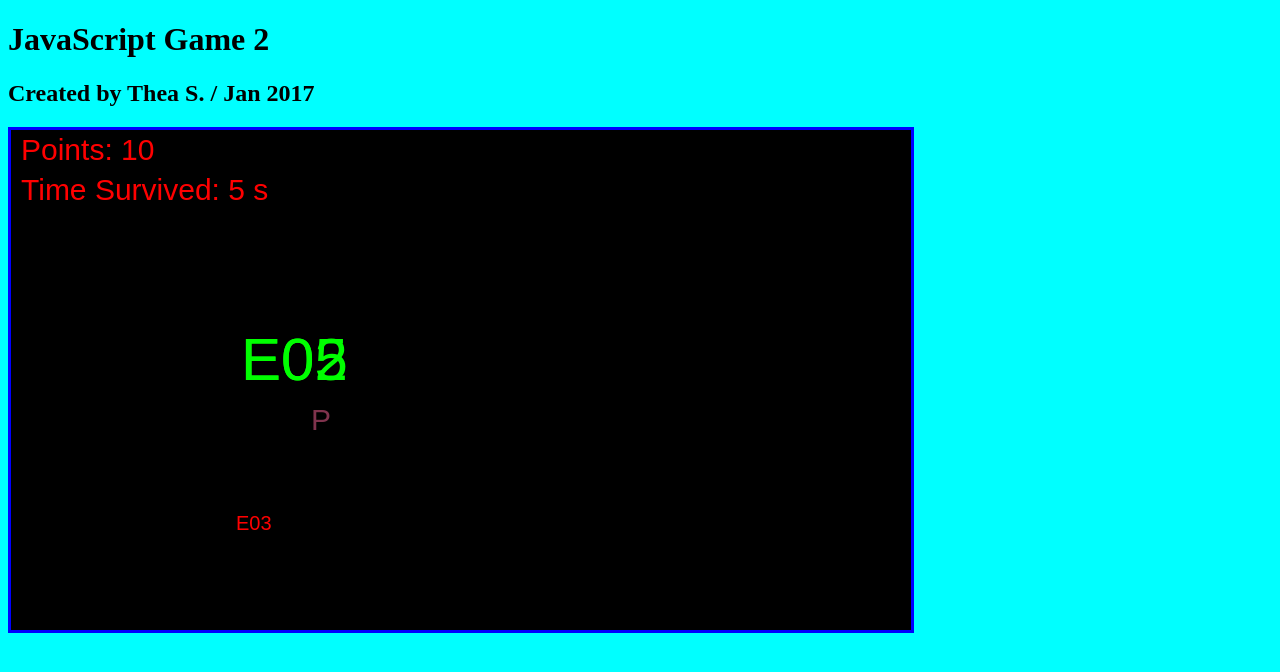
Repository: m-rabbit/b1_sukianto_code
Page: websites/JS_Game_02/index.html
The author's editor kept a copy of each file at every save. The page is drawn from the files as they stood at one save, then again after the next save.
The browser window is 1280 px wide. The pictures show the whole page.

Above is the page before, as saved 2017-02-20 14:51:46.

### websites/JS_Game_02/index.html
<!DOCTYPE html>
<html>
	<head>
		<title>JavaScript Game 2</title>
		<style>
			body {
				background-color: #00FFFF;
			}
			canvas {
				border: 3px solid blue;
				background-color: #000000;
			}
		</style>
	</head>
	<body>
		<h1>JavaScript Game 2</h1>
		<h2>Created by Thea S. / Jan 2017</h2>



		<canvas id="ctx" width="900" height="500"></canvas>
		<script src="js/gametwo.js">
		</script>
	</body>
</html>

### websites/JS_Game_02/js/gametwo.js
var ctx = document.getElementById("ctx").getContext("2d");

var ctxWidth = 900;
var ctxHeight = 500;
var rtSpacing = 30;
var bottomSpacing = 10;
var topSpacing = 30;

var appleRed = "#FF0000";
var skyBlue = "#0000FF";
var grassGreen = "#00FF00";
var canaryYellow = "#FFFF00";
var myBlack = "#000000";
var myPink = "rgba(255, 102, 153, 0.5)";

var enemyList = {};

var timeWhenGameStarted = Date.now();

// player as an object
var player = {
	x : 300,
	spdX : 3,
	y : 300,
	spdY : 7,
	name : "P",
	font : '30px Arial',
	wallFont : '60px Arial',
	topBottomFont : '10px Arial',
	color : myPink,
	colorWall : appleRed,
	colorTopBottom : skyBlue,
	highPoints : 10
};
// end of player

// this is a "Constructor"
Enemy = function(id, passX, passY, spdX, spdY, passName, passFont, passWallFont, passTopBottomFont, passColor, passColorWall, passColorTopBottom) {

	var enemy = {
		id : id,
		x : passX,
		spdX : spdX,
		y : passY,
		spdY : spdY,
		name : passName,
		font : passFont,
		wallFont : passWallFont,
		topBottomFont : passTopBottomFont,
		color : passColor,
		colorWall : passColorWall,
		colorTopBottom : passColorTopBottom
	};

	enemyList[id] = enemy;

};

function getRandomIntInclusive(min, max) {
  min = Math.ceil(min);
  max = Math.floor(max);
  return Math.floor(Math.random() * (max - min + 1)) + min;
}

// end of Enemy() constructor

getDistanceBetweenEntity = function(entity1, entity2) {
	var dx = entity1.x - entity2.x;
	var dy = entity1.y - entity2.y;
	return Math.sqrt(dx * dx + dy * dy);

};

testCollisionEntity = function(entity1, entity2) {

	var distance = getDistanceBetweenEntity(entity1, entity2);
	return distance < 50;

};

document.onmousemove = function(mouse) {
	var mouseX = mouse.clientX;
	var mouseY = mouse.clientY;
	console.log("mouse x,y: " + mouseX + "," + mouseY);
	player.x = mouseX - 12;
	player.y = mouseY - 125;
};
updateEntity = function(something) {
	updateEntityPosition(something);
	drawEntity(something);
};

updateEntityPosition = function(something) {
	something.x += something.spdX;
	something.y += something.spdY;

	//flips spdX if we hit either the left or the right sides
	if (something.x >= ctxWidth - rtSpacing || something.x <= 0) {// right side OR left side
		something.spdX *= -1;
		something.color = something.colorWall;
		something.font = something.wallFont;
	}

	// flip spdY if we hit either the ceiling OR the floor
	if (something.y >= ctxHeight - bottomSpacing || something.y <= topSpacing) {// || is a Boolean for "OR"
		something.spdY *= -1;
		something.color = something.colorTopBottom;
		something.font = something.topBottomFont;
	}
};

drawEntity = function(something) {
	ctx.font = something.font;
	ctx.fillStyle = something.color;
	ctx.fillText(something.name, something.x, something.y);
};

update = function() {
	ctx.clearRect(0, 0, ctxWidth, ctxHeight);
	//updateEntity(player);

	drawEntity(player);
	for (var i in enemyList) {
		updateEntity(enemyList[i]);

		var isColliding = testCollisionEntity(player, enemyList[i]);
		if (isColliding) {
			player.highPoints--;
			//console.log("Collision!");
			if(player.highPoints < 0) {
				var timeSurvived = Date.now() - timeWhenGameStarted;
				alert("Game Over! time = " + timeSurvived/1000 + " s");
				player.highPoints = 10;
				timeWhenGameStarted = Date.now();
			}
		}
	};

	ctx.font = "30px Arial";
	ctx.fillStyle = "#FF0000";
	ctx.fillText("Points: " + player.highPoints, 10, 30);
	var currentTime = Date.now() - timeWhenGameStarted;
	ctx.font = "30px Arial";
	ctx.fillStyle = "#FF0000";
	ctx.fillText("Time Survived: " + currentTime/1000 + " s", 10, 70);

};
// end of update()

Enemy('E1', 70, 60, 2, 5, 'E01', '30px Arial', '60px Arial', '10px Arial', myBlack, grassGreen, appleRed);

Enemy('E2', 80, 50, 3, 4, 'E02', '60px Arial', '30px Arial', '15px Arial', grassGreen, myBlack, appleRed);

Enemy('E3', 75, 50, 3, 7, 'E03', '20px Arial', '80px Arial', '20px Arial', appleRed, grassGreen, myBlack);

Enemy('E4', 70, 60, 2, 5, 'E04', '30px Arial', '60px Arial', '10px Arial', myBlack, grassGreen, appleRed);

Enemy('E5', 80, 50, 3, 4, 'E05', '60px Arial', '30px Arial', '15px Arial', grassGreen, myBlack, appleRed);


setInterval(update, 100);

After the next save:
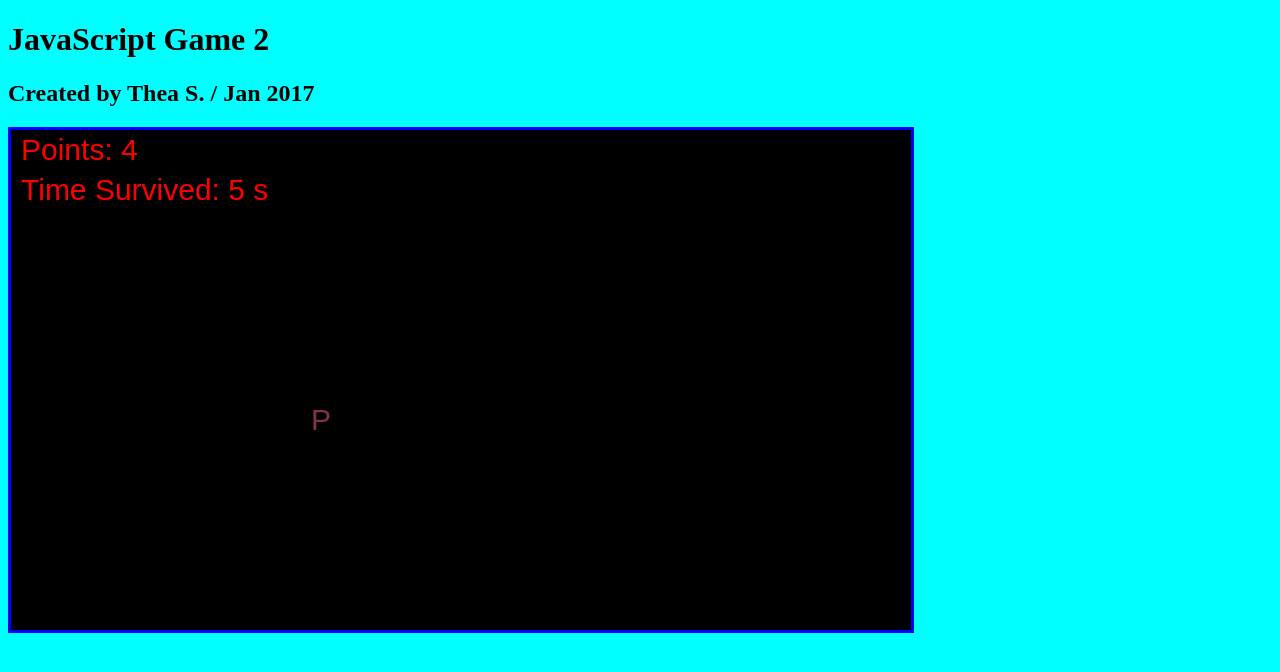
Saved 47 s later.
--- a/websites/JS_Game_02/js/gametwo.js
+++ b/websites/JS_Game_02/js/gametwo.js
@@ -35,14 +35,14 @@ var player = {
 // end of player
 
 // this is a "Constructor"
-Enemy = function(id, passX, passY, spdX, spdY, passName, passFont, passWallFont, passTopBottomFont, passColor, passColorWall, passColorTopBottom) {
+Enemy = function(id, passX, passY, passName, passFont, passWallFont, passTopBottomFont, passColor, passColorWall, passColorTopBottom) {
 
 	var enemy = {
 		id : id,
 		x : passX,
-		spdX : spdX,
+		spdX : getRandomIntInclusive(1, 20),
 		y : passY,
-		spdY : spdY,
+		spdY : getRandomIntInclusive(1, 20),
 		name : passName,
 		font : passFont,
 		wallFont : passWallFont,
